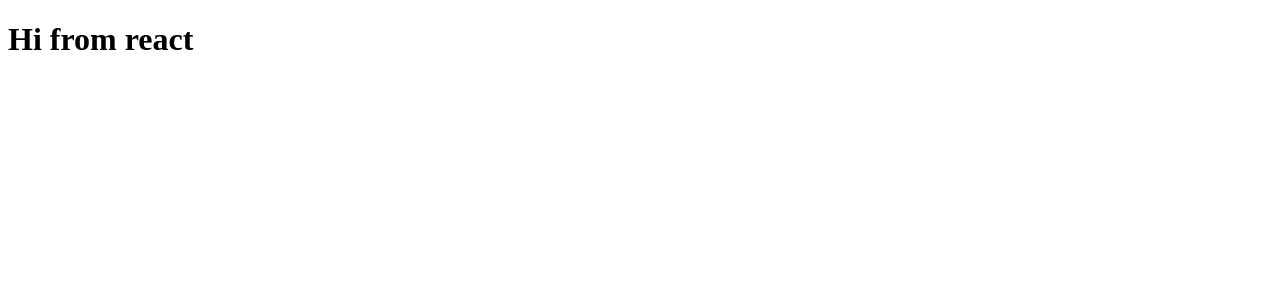
Repository: Votex874/material-ui
Page: /
The author's editor kept a copy of each file at every save. The page is drawn from the files as they stood at one save, then again after the next save.
The browser window is 1280 px wide. The pictures show the whole page.
The project was rebuilt for these pictures with package versions that can differ from the ones it lists, and the page was loaded fresh each time.

Above is the page before, as saved 2019-03-23 17:10:49.

### src/index.js
import React from 'react';
import ReactDOM from 'react-dom';
import App from './Components/App';
import * as serviceWorker from './serviceWorker';

ReactDOM.render(<App />, document.getElementById('root'));

// If you want your app to work offline and load faster, you can change
// unregister() to register() below. Note this comes with some pitfalls.
// Learn more about service workers: https://bit.ly/CRA-PWA
serviceWorker.unregister();

### src/Components/App.js
import React, { Component } from 'react';

class App extends Component {
  render() {
    return (
      <React.Fragment>
        <h1>Hi from react</h1>
      </React.Fragment>
    );
  }
}

export default App;

### src/Components/Layouts/Header.js
import React from 'react';

const Header = props => {
  return (
    <div>
      <h1>Hi from react</h1>
    </div>
  );
}

export default Header

### src/Components/Layouts/Footer.js
import React from 'react';

const Footer = props => {
  return (
    <div>
      <h1>footer</h1>
    </div>
  );
}

export default Footer

Loaded but not shown: public/index.html (common file); src/serviceWorker.js (common file)

After the next save:
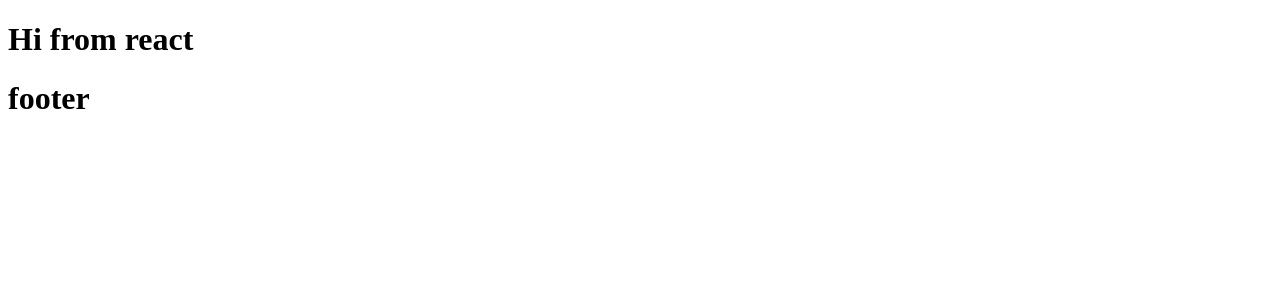
Saved 105 s later.
--- a/src/Components/App.js
+++ b/src/Components/App.js
@@ -1,11 +1,15 @@
-import React, { Component } from 'react';
+import React, { Component, Fragment } from 'react';
+import Header from './Layouts/Header'
+import Footer from './Layouts/Footer'
+
 
 class App extends Component {
   render() {
     return (
-      <React.Fragment>
-        <h1>Hi from react</h1>
-      </React.Fragment>
+      <Fragment>
+        <Header />
+        <Footer />
+      </Fragment>
     );
   }
 }
